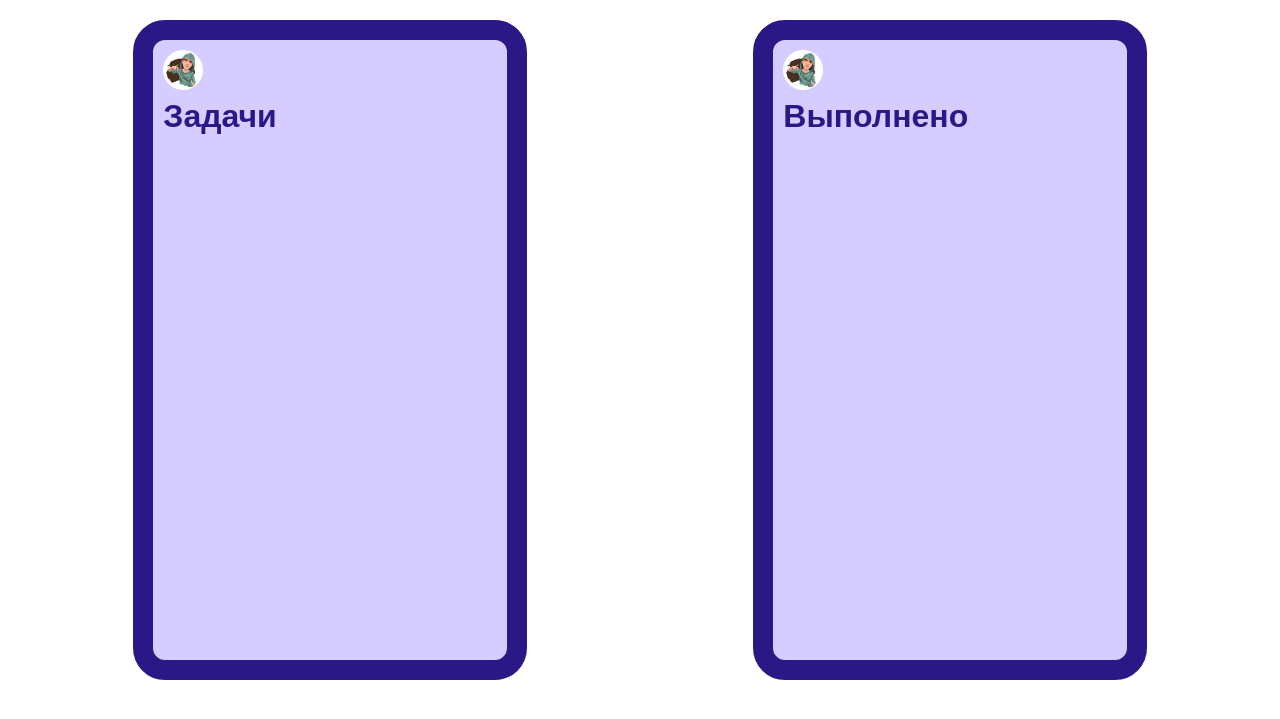
Repository: VitasYo/Kanban
Page: index.html
An editor plug-in stored every save of this project. The page is shown before and after a run of saves, followed by the edit.
The browser window is 1280 px wide. The pictures show the whole page.

Above is the page before, as saved 2024-04-11 11:55:32.

### index.html
<!DOCTYPE html>
<html lang="en">
<head>
  <meta charset="UTF-8">
  <meta name="viewport" content="width=device-width, initial-scale=1.0">
  <link rel="stylesheet" href="./src/assets/css/index.css">
  <title>To-Do-List-Kanban</title>
</head>
<body>
  <main class="kanban">
    <section class="kanban__column kanban__column--to-do">
      <div class="kanban__title_and_icon">
        <img height=40 width=40 src="src/assets/img/Avatar.jpg" alt="Аватар">
        <h2 class="kanban__title">Задачи</h2>
      </div>

    </section>

    <section class="kanban__column kanban__column--done">
      <div class="kanban__title_and_icon">
        <img height=40 width=40 src="src/assets/img/Avatar.jpg" alt="Аватар">
        <h2 class="kanban__title">Выполнено</h2>
      </div>
    </section>
  </main>
  </body>
<script src="./src/assets/js/index.js"></script>
</html>

### src/assets/css/index.css
@import url('https://fonts.googleapis.com/css2?family=DM+Sans:opsz,wght@9..40,100;9..40,200;9..40,300;9..40,400;9..40,500;9..40,600;9..40,700;9..40,800;9..40,900;9..40,1000&display=swap');
@import './component/_header.css';
@import './component/_kanban.css';
@import './_media.css';



* {
  font-family: 'DM Sans', sans-serif;
}

* {
  box-sizing: border-box;
  margin: 0;
  padding: 0;
}

body {
  font-family: 'Arial', sans-serif;
  background-color: white;
  color: white;
  display: flex;
  flex-direction: column;
  min-height: 100vh;
}


.header__title,
.footer__text {
  margin: 0;
  padding: 10px 0;
}

.container {
  width: 100%;
  padding-right: 15px;
  padding-left: 15px;
  margin-right: auto;
  margin-left: auto;
}

### src/assets/css/component/_kanban.css
.kanban {
    display: flex;
    flex-wrap: wrap;
    padding: 20px;
    justify-content: space-around;
    flex-grow: 1;
}

.kanban__column {
    flex: 0 0 100%;
    display: flex;
    background-color: #D5CCFF;
    border-radius: 32px;
    border: 20px solid #2B1887;
    padding: 10px;
    margin: 0 10px 20px;

}

.kanban__title {
    color: #2B1887;
    font-size: 32px;
    padding-bottom: 10px;
    margin-bottom: 10px;
}

### src/assets/css/_media.css
@media (min-width: 576px) {
    .container {
        max-width: 540px;
    }
}

@media (min-width: 768px) {
    .container {
        max-width: 720px;
    }
}

@media (min-width: 992px) {
    .container {
        max-width: 960px;
    }
}

@media (min-width: 1200px) {
    .container {
        max-width: 1140px;
    }
}

@media (min-width: 1400px) {
    .container {
        max-width: 1320px;
    }
}

@media screen and (min-width: 640px) {
    .kanban__column {
        flex: 0 0 calc(33.333% - 20px);
    }
}

Loaded but not shown: src/assets/js/index.js (no stored copy; drawn as an empty file); src/assets/css/component/_header.css (no stored copy; drawn as an empty file)

After the next 4 saves:
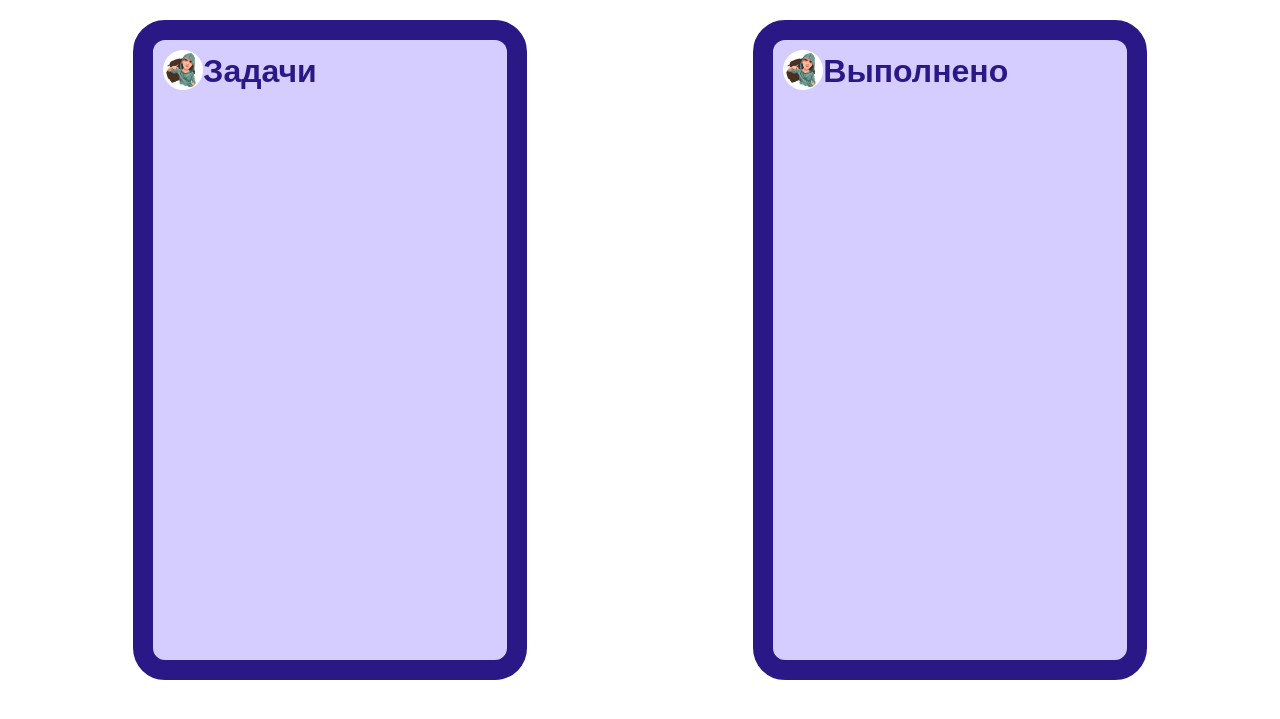
The 4 saves are shown as one change because they came seconds apart.
The last was saved 36 s later.
--- a/src/assets/css/component/_kanban.css
+++ b/src/assets/css/component/_kanban.css
@@ -8,7 +8,6 @@
 
 .kanban__column {
     flex: 0 0 100%;
-    display: flex;
     background-color: #D5CCFF;
     border-radius: 32px;
     border: 20px solid #2B1887;
@@ -23,3 +22,7 @@
     padding-bottom: 10px;
     margin-bottom: 10px;
 }
+
+.kanban__title_and_icon {
+    display: flex;
+}
